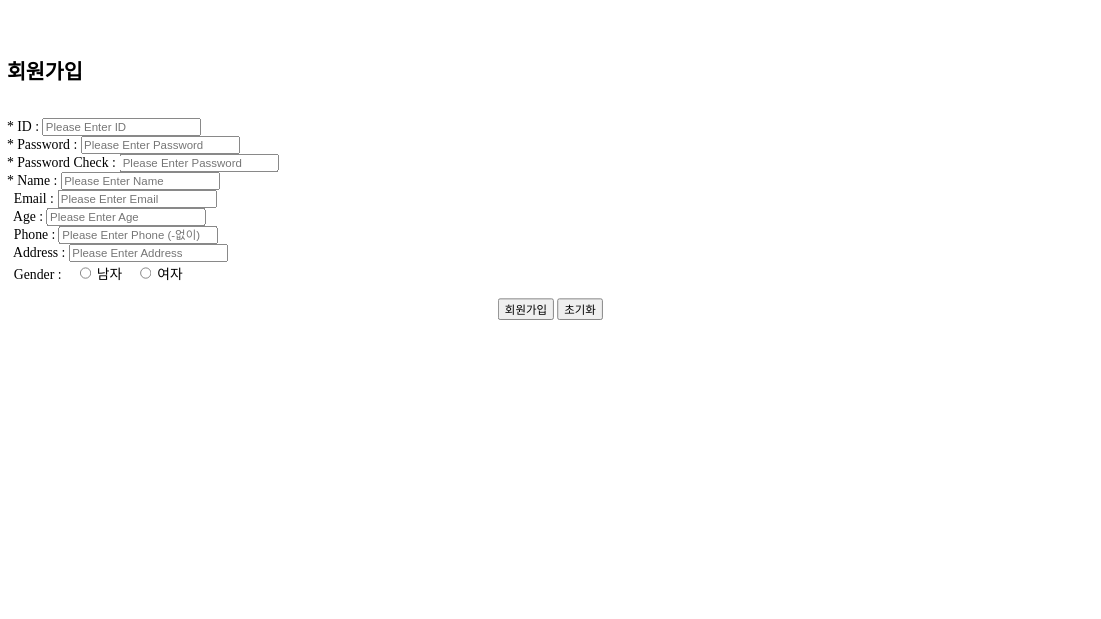
Repository: Young-27/DailyStudy
Page: http://localhost/springProject/WEB-INF/views/member/memberEnrollFrom.jsp
The author's editor kept a copy of each file at every save. The page is drawn from the files as they stood at one save, then again after the next save.
The browser window is 1280 px wide. The pictures show the whole page, at 86% of full size.
Pictures or frames that could not be fetched are drawn as grey boxes. The page is served by Tomcat 9. Nobody is signed in. Other server files are loaded and not shown. The template is opened directly, without the code that normally fills it, so the values that code supplies are empty.

Above is the page before, as saved 2021-06-30 06:46:22.

### FrameWork/spring-workspace/springProject/src/main/webapp/WEB-INF/views/member/memberEnrollFrom.jsp
<%@ page language="java" contentType="text/html; charset=UTF-8"
    pageEncoding="UTF-8"%>
<%@ taglib prefix="c" uri="http://java.sun.com/jsp/jstl/core"%>
<!DOCTYPE html>
<html>
<head>
<meta charset="UTF-8">
<title>Insert title here</title>
</head>
<body>

    <!-- 이쪽에 메뉴바 포함 할꺼임 -->
    <jsp:include page=""/>

    <div class="content">
        <br><br>
        <div class="innerOuter">
            <h2>회원가입</h2>
            <br>

            <form action="" method="post" onsubmit="">
                <div class="form-group">
                    <label for="userId">* ID :</label>
                    <input type="text" class="form-control" id="userId" name="userId" placeholder="Please Enter ID" required><br>

                    <label for="userPwd">* Password :</label>
                    <input type="password" class="form-control" id="userPwd" name="userPwd" placeholder="Please Enter Password" required><br>

                    <label for="checkPwd">* Password Check :</label>
                    <input type="password" class="form-control" id="checkPwd" placeholder="Please Enter Password" required><br>

                    <label for="userName">* Name :</label>
                    <input type="text" class="form-control" id="userName" name="userName" placeholder="Please Enter Name" required><br>

                    <label for="email"> &nbsp; Email :</label>
                    <input type="email" class="form-control" id="email" name="email" placeholder="Please Enter Email"><br>

                    <label for="age"> &nbsp; Age :</label>
                    <input type="number" class="form-control" id="age" name="age" placeholder="Please Enter Age"><br>

                    <label for="phone"> &nbsp; Phone :</label>
                    <input type="tel" class="form-control" id="phone" name="phone" placeholder="Please Enter Phone (-없이)"><br>

                    <label for="address"> &nbsp; Address :</label>
                    <input type="text" class="form-control" id="address" name="address" placeholder="Please Enter Address"><br>

                    <label for=""> &nbsp; Gender : </label> &nbsp;&nbsp;
                    <input type="radio" name="gender" id="Male" value="M">
                    <label for="Male">남자</label> &nbsp;&nbsp;
                    <input type="radio" name="gender" id="Female" value="F">
                    <label for="Female">여자</label><br>

                </div>
                <br>
                <div class="btns" align="center">
                    <button type="submit" class="btn btn-primary">회원가입</button>
                    <button type="reset" class="btn btn-danger"> 초기화</button>
                </div>
            </form>
        </div>
        <br><br>
    </div>

    <!-- 이쪽에 푸터바 포함할꺼임 -->
    <jsp:include page=""/>

</body>
</html>

### FrameWork/spring-workspace/springProject/src/main/webapp/WEB-INF/views/common/header.jsp
<%@ page language="java" contentType="text/html; charset=UTF-8"
    pageEncoding="UTF-8"%>
<%@ taglib prefix="c" uri="http://java.sun.com/jsp/jstl/core"%>
<!DOCTYPE html>
<!-- jQuery 라이브러리 -->
<script src="https://ajax.googleapis.com/ajax/libs/jquery/3.4.1/jquery.min.js"></script>
<!-- 부트스트랩에서 제공하고 있는 스타일 -->
<link rel="stylesheet" href="https://maxcdn.bootstrapcdn.com/bootstrap/4.4.1/css/bootstrap.min.css">
<!-- 부트스트랩에서 제공하고 있는 스크립트 -->
<script src="https://maxcdn.bootstrapcdn.com/bootstrap/4.4.1/js/bootstrap.min.js"></script>
<style>
    div{box-sizing: border-box;}
    #header{
        width:80%;
        height:100px;
        padding-top: 20px;
        margin:auto;
    }
    #header>div{width:100%; margin-bottom:10px}
    #header_1{height:40%;}
    #header_2{height:60%;}

    #header_1>div{
        height:100%;
        float:left;
    }
    #header_1_left{width:30%;position:relative;}
    #header_1_center{width:40%;}
    #header_1_right{width:30%;}

    #header_1_left>img{height:80%;position:absolute;margin:auto;top:0;bottom:0;right: 0;left:0;}
    #header_1_right{text-align: center; line-height:35px; font-size: 12px; text-indent: 35px;}
    #header_1_right>a{margin: 5px;}
    #header_1_right>a:hover{cursor: pointer;}

    #header_2>ul{width:100%; height:100%; list-style-type: none; margin: auto; padding:0;}
    #header_2>ul>li{float:left; width:25%; height:100%; line-height: 55px; text-align:center;}
    #header_2>ul>li a{text-decoration: none; color:black; font-size: 18px; font-weight: 900;}

    #header_2{border-top:1px solid lightgray}

    #header a{text-decoration:none; color:black}

    /* 세부 페이지마다 공통적으로 유지할 style */
    .content{
        background-color:rgb(247, 245, 245);
        width:80%;
        margin:auto;
    }
    .innerOuter{
        border:1px solid lightgray;
        width:80%;
        margin:auto;
        padding:5% 10%;
        background:white;
    }

</style>
</head>
<body>

    <div id="header">
        <div id="header_1">
            <div id="header_1_left">
                <img src="https://www.iei.or.kr/resources/images/common/top_logo_s.jpg" alt="">
            </div>
            <div id="header_1_center"></div>
            <div id="header_1_right">
            	<c:choose>
            		<c:when test="${ loginUser == null }">
		                <!-- 로그인 전 -->
		                <a href="insert.me">회원가입</a> |
		                <a data-toggle="modal" data-target="#loginModal">로그인</a> <!-- 모달의 원리 : 이 버튼 클릭시 data-target에 제시되어있는 해당 아이디의 div가 보이는 거임 -->
	                </c:when>
	                <c:otherwise>
	                	<!-- 로그인 후  -->
		                <label>${ loginUser.userName }님 환영합니다</label> &nbsp;&nbsp;
		                <a href="">마이페이지</a>
		                <a href="logout.me">로그아웃</a>
		            </c:otherwise>
		        </c:choose>
            </div>
        </div>
        <div id="header_2">
            <ul>
                <li><a href="">HOME</a></li>
                <li><a href="">공지사항</a></li>
                <li><a href="">자유게시판</a></li>
                <li><a href="">사진게시판</a></li>
            </ul>
        </div>
    </div>

    <!-- 로그인 클릭 시 뜨는 모달 (기존에는 안보이다가 위의 a 클릭시 보임) -->
    <div class="modal fade" id="loginModal">
        <div class="modal-dialog modal-sm">
            <div class="modal-content">
            <!-- Modal Header -->
            <div class="modal-header">
                <h4 class="modal-title">Login</h4>
                <button type="button" class="close" data-dismiss="modal">&times;</button>
            </div>

            <form action="login.me" method="post">
                <!-- Modal Body -->
                <div class="modal-body">
                    <label for="userId" class="mr-sm-2">ID :</label>
                    <input type="text" class="form-control mb-2 mr-sm-2" placeholder="Enter ID" id="userId" name="userId"> <br>
                    <label for="userPwd" class="mr-sm-2">Password:</label>
                    <input type="password" class="form-control mb-2 mr-sm-2" placeholder="Enter password" id="userPwd" name="userPwd">
                </div>

                <!-- Modal footer -->
                <div class="modal-footer">
                    <button type="submit" class="btn btn-primary">로그인</button>
                    <button type="button" class="btn btn-danger" data-dismiss="modal">취소</button>
                </div>
            </form>
            </div>
        </div>
    </div>

    <br clear="both">

</body>
</html>

After the next save:
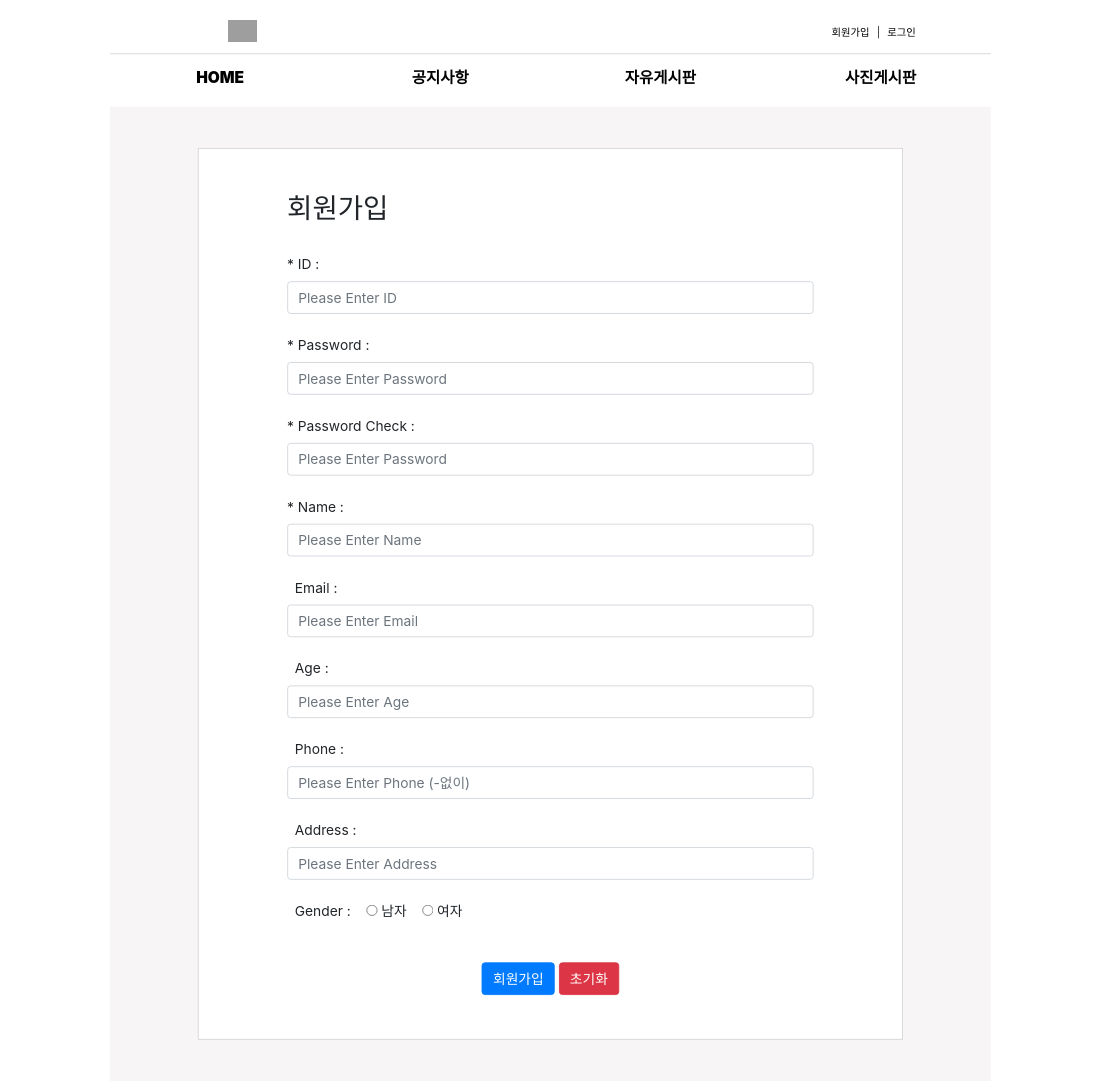
Saved 67 s later.
--- a/FrameWork/spring-workspace/springProject/src/main/webapp/WEB-INF/views/member/memberEnrollFrom.jsp
+++ b/FrameWork/spring-workspace/springProject/src/main/webapp/WEB-INF/views/member/memberEnrollFrom.jsp
@@ -10,7 +10,7 @@
 <body>
 
     <!-- 이쪽에 메뉴바 포함 할꺼임 -->
-    <jsp:include page=""/>
+    <jsp:include page="../common/header.jsp"/>
 
     <div class="content">
         <br><br>
